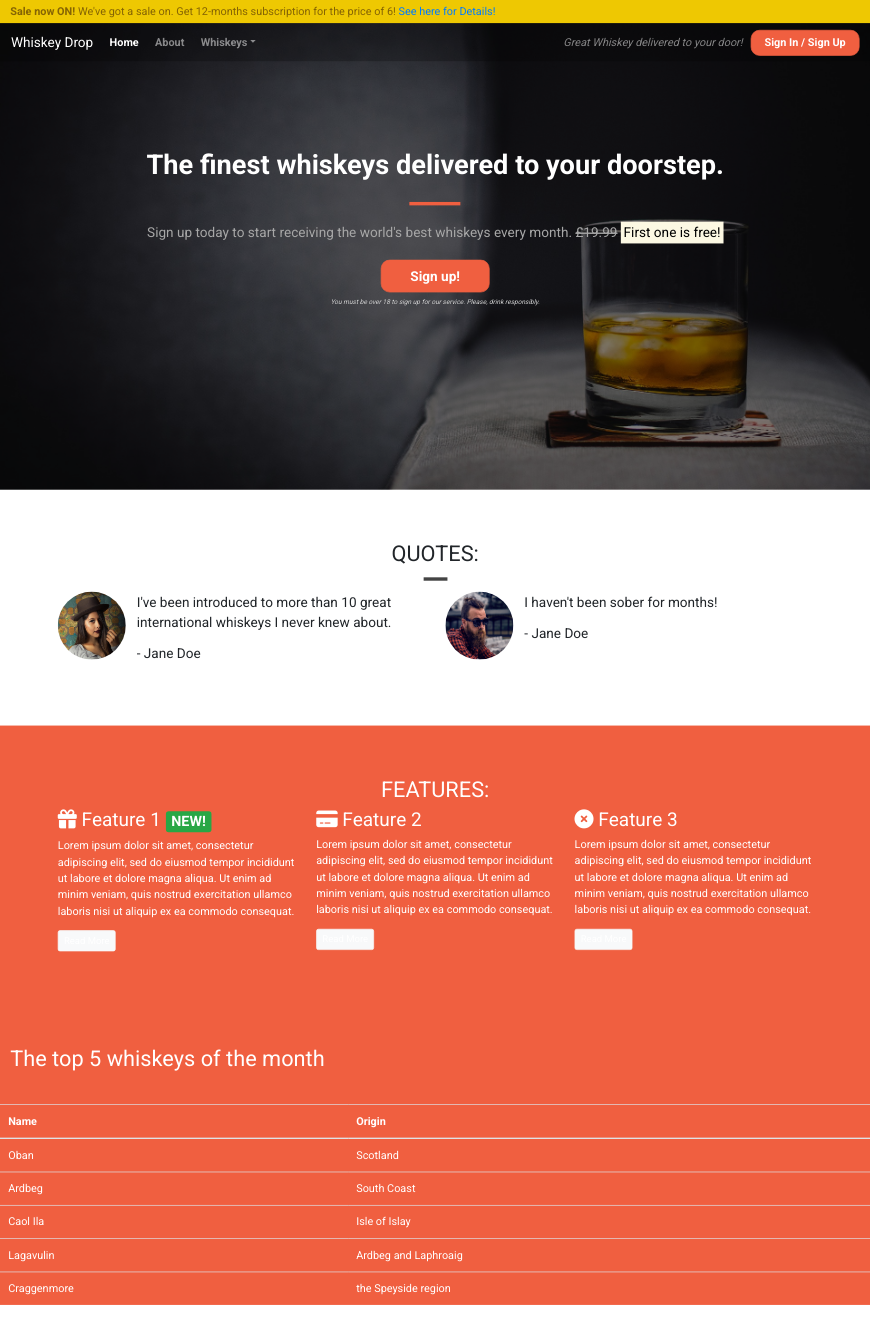
Repository: hidayatmansuri/BootStrap
Page: index.html
The author's editor kept a record of every edit. The page is drawn from the files as they stood at one moment, then again after the next edit.
The browser window is 1280 px wide. The pictures show the whole page, at 68% of full size.
Backgrounds fixed to the window are drawn as part of the page. Some web libraries are served in a nearby version.

Above is the page before.

After the next edit:
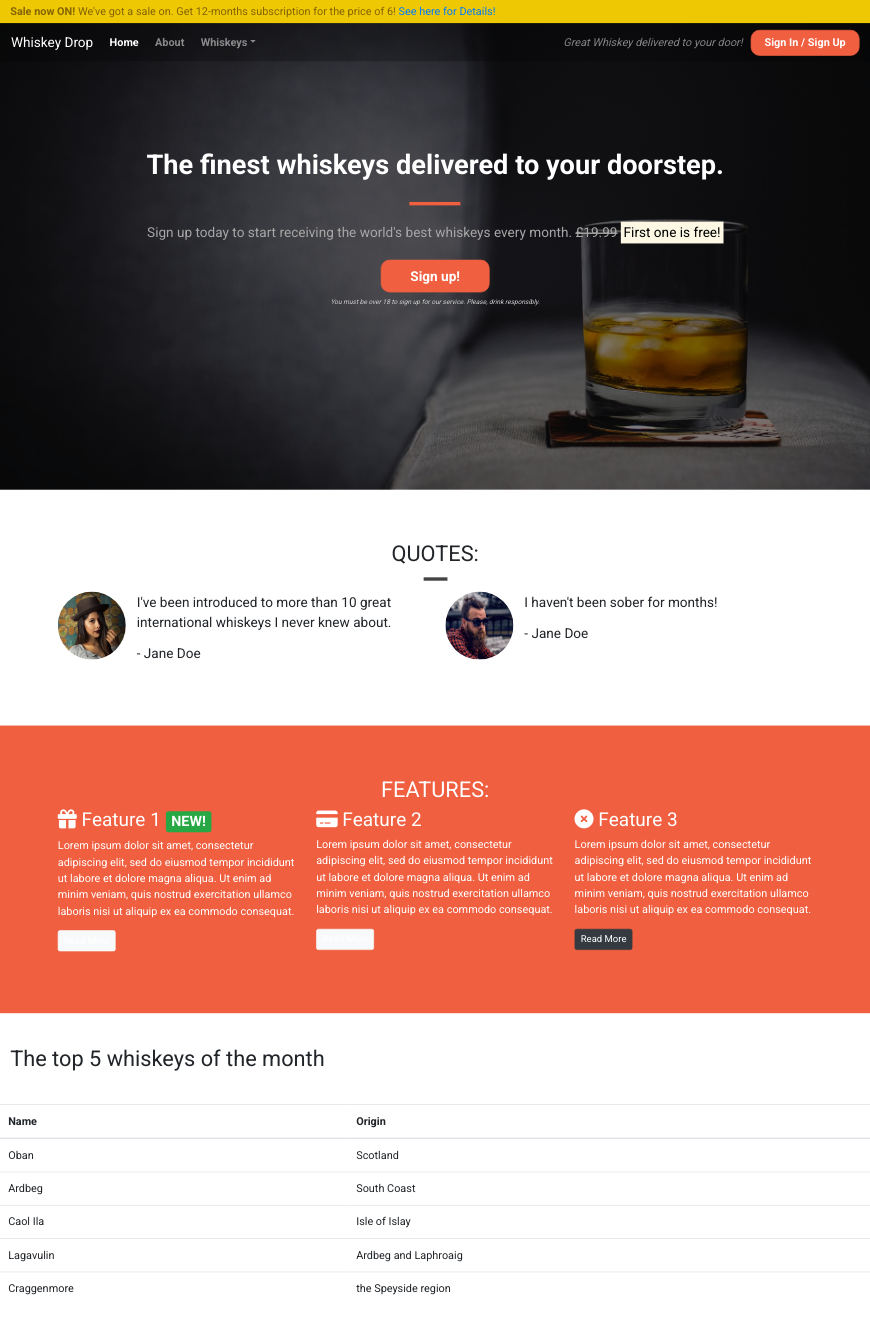
The edit:
--- a/index.html
+++ b/index.html
@@ -116,38 +116,39 @@
     </div>
     <!-- Features -->
     <div class="containr-wrapper container-wrapper--red">
-    <div class="container feature-container content-container">
-        <section class="features">
-            <div class="row">
-                <div class="col-12 page-header">
-                    <h2 class="text-uppercase">Features:</h2>
-                </div>
-            </div>
-            <div class="row">
-                <div class="col-12 col-md-6 col-lg-4">
-                    <div class="feature">
-                        <h3><i class="fas fa-gift d-none d-sm-inline"></i> Feature 1 <span class="badge badge-success">NEW!</span></h3>
-                        <p>Lorem ipsum dolor sit amet, consectetur adipiscing elit, sed do eiusmod tempor incididunt ut labore et dolore magna aliqua. Ut enim ad minim veniam, quis nostrud exercitation ullamco laboris nisi ut aliquip ex ea commodo consequat.</p>
-                        <p><a class="btn btn-sm btn-light">Read More</a></p>
-                    </div>
-                </div>
-                <div class="col-12 col-md-6 col-lg-4">
-                    <div class="feature">
-                        <h3><i class="fas fa-credit-card d-none d-sm-inline"></i> Feature 2</h3>
-                        <p>Lorem ipsum dolor sit amet, consectetur adipiscing elit, sed do eiusmod tempor incididunt ut labore et dolore magna aliqua. Ut enim ad minim veniam, quis nostrud exercitation ullamco laboris nisi ut aliquip ex ea commodo consequat.</p>
-                        <p><a class="btn btn-sm btn-light">Read More</a></p>
-                    </div>
-                </div>
-                <div class="col-12 d-md-none d-lg-block col-lg-4 d-none d-sm-inline">
-                    <div class="feature">
-                        <h3><i class="fas fa-times-circle"></i> Feature 3</h3>
-                        <p>Lorem ipsum dolor sit amet, consectetur adipiscing elit, sed do eiusmod tempor incididunt ut labore et dolore magna aliqua. Ut enim ad minim veniam, quis nostrud exercitation ullamco laboris nisi ut aliquip ex ea commodo consequat.</p>
-                        <p><a class="btn btn-sm btn-light">Read More</a></p>
-                    </div>
-                </div>
-            </div>
-        </section>
-        <!-- /.features -->
+        <div class="container feature-container content-container">
+            <section class="features">
+                <div class="row">
+                    <div class="col-12 page-header">
+                        <h2 class="text-uppercase">Features:</h2>
+                    </div>
+                </div>
+                <div class="row">
+                    <div class="col-12 col-md-6 col-lg-4">
+                        <div class="feature">
+                            <h3><i class="fas fa-gift d-none d-sm-inline"></i> Feature 1 <span class="badge badge-success">NEW!</span></h3>
+                            <p>Lorem ipsum dolor sit amet, consectetur adipiscing elit, sed do eiusmod tempor incididunt ut labore et dolore magna aliqua. Ut enim ad minim veniam, quis nostrud exercitation ullamco laboris nisi ut aliquip ex ea commodo consequat.</p>
+                            <p><a class="btn btn-sm btn-light">Read More</a></p>
+                        </div>
+                    </div>
+                    <div class="col-12 col-md-6 col-lg-4">
+                        <div class="feature">
+                            <h3><i class="fas fa-credit-card d-none d-sm-inline"></i> Feature 2</h3>
+                            <p>Lorem ipsum dolor sit amet, consectetur adipiscing elit, sed do eiusmod tempor incididunt ut labore et dolore magna aliqua. Ut enim ad minim veniam, quis nostrud exercitation ullamco laboris nisi ut aliquip ex ea commodo consequat.</p>
+                            <p><a class="btn btn-sm btn-light">Read More</a></p>
+                        </div>
+                    </div>
+                    <div class="col-12 d-md-none d-lg-block col-lg-4 d-none d-sm-inline">
+                        <div class="feature">
+                            <h3><i class="fas fa-times-circle"></i> Feature 3</h3>
+                            <p>Lorem ipsum dolor sit amet, consectetur adipiscing elit, sed do eiusmod tempor incididunt ut labore et dolore magna aliqua. Ut enim ad minim veniam, quis nostrud exercitation ullamco laboris nisi ut aliquip ex ea commodo consequat.</p>
+                            <p><a class="btn btn-sm btn-dark">Read More</a></p>
+                        </div>
+                    </div>
+                </div>
+            </section>
+            <!-- /.features -->
+        </div>
     </div>
     <section>
         <div class="col-12 my-5">
